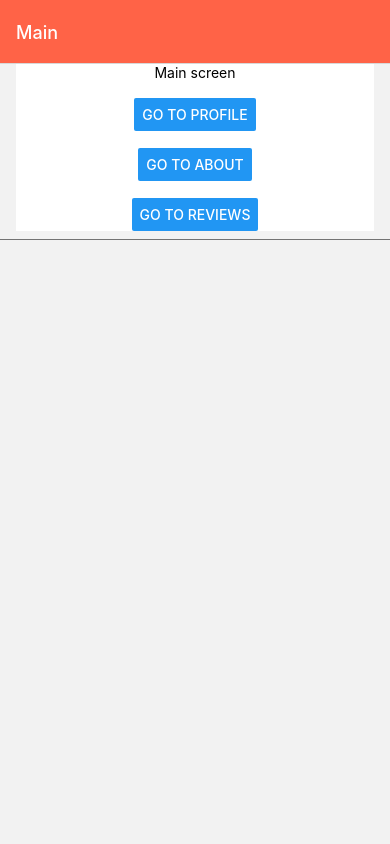
Repository: LingyuLiu11/mobile_app
Screen: /
The author's editor kept a copy of each file at every save. The screen is drawn from the files as they stood at one save, then again after the next save.
The app was drawn by React Native's web renderer in a window 390 px wide. The project was rebuilt for these pictures with package versions that can differ from the ones it lists, and the page was loaded fresh each time. Also part of the build but not shown: components/Reviews.js, components/Builds.js.

Above is the screen before, as saved 2021-10-25 01:51:36.

### App.js
import * as React from 'react';
import { Image, TextInput, FlatList, StyleSheet, View, Button, Text, Animated } from 'react-native';
import { NavigationContainer } from '@react-navigation/native';

import { createStackNavigator } from '@react-navigation/stack';
import Reviews from './components/Reviews'
import AsyncStorage from '@react-native-async-storage/async-storage';
import Builds from './components/Builds'

const Separator = () => (
  <View style={styles.separator} />
);



function Main({ navigation }) {


  return (


    <div>
      <View style={styles.container}>
        <Text>Main screen</Text>
        <Separator />
        <Button
          margintop = '10'
          title="Go to Profile"
          onPress={() => navigation.navigate('Profile')}
        />
        <Separator />

      </View>
      <View style = {styles.container}>
        <Button
          margintop = '10'
          title="Go to About"
          onPress={() => navigation.navigate('About')}
        />
        <Separator />
      </View>
      <View style = {styles.container}>
        <Button
          margintop = '10'
          title="Go to Reviews"
          onPress={() => navigation.navigate('Review')}
        />
      </View>
       <Separator />

    </div>
  );
}

function Profile({ navigation }) {

  const [text, setText] = React.useState("Your name");
  return (
    <div>
      <View style={{ flex: 1, justifyContent: 'center', alignItems: 'center' }}>
        <Text>Profile screen</Text>
        <Separator />
        <Button title="Go back" onPress={() => navigation.goBack()} />
      </View>


      <View style={{ flex: 1, justifyContent: 'center', alignItems: 'center' }}>
        <TextInput
          style={styles.input}
          placeholder="Your name"
          value={text}
          onChangeText={text => setText(text)}
        />
        <Text style={{padding: 10, fontSize: 42}}>
        Hello {text.split(' ').map((word) => word ).join(' ')}
        </Text>
      </View>

      <View style={{ flex: 1, justifyContent: 'center', alignItems: 'center', flexDirection: "row" }}>
        <View style={{ flex: 1, justifyContent: 'center', alignItems: 'center' }}>
          <Image
            style={{
              resizeMode: "cover",
              height: 100,
              width: 200
            }}
            source={"https://upload.wikimedia.org/wikipedia/en/2/27/Total_War_Warhammer_3_cover_art.jpg"}
          />
          <Text>Totalwar Warhammer 3!</Text>
          </View>
        <Separator />
        <View style={{ flex: 1, justifyContent: 'center', alignItems: 'center' }}>
          <Image
            style={{
              resizeMode: "cover",
              height: 100,
              width: 200
            }}
            source={"https://www.nme.com/wp-content/uploads/2021/09/Total-Warhammer-3-Grand-Cathay-Dragon.jpg"}
          />
        <Text>Grand Cathay</Text>
        </View>
        <View style={{ flex: 1, justifyContent: 'center', alignItems: 'center' }}>

        <Image
          style={{
            resizeMode: "cover",
            height: 100,
            width: 200
          }}
          source={"https://encrypted-tbn0.gstatic.com/images?q=tbn:ANd9GcSM9n6tQzcRE8CXMXP5GXIIgYIF3wXVMZy4JA&usqp=CAU"}
        />
        <Text>Kislev</Text>
        </View>

      </View>


    </div>
  );
}

function About({ navigation }) {
  return (
    <div>
      <View style={{ flex: 1, justifyContent: 'center', alignItems: 'center' }}>
        <Text>About screen</Text>
        <Separator />
        <FlatList
          data={[
            {key: 'Lingyu Liu'},
            {key: 'CS 153A'},
            {key: 'Assignment2'},

          ]}
          renderItem={({item}) => <Text style={styles.item}>{item.key}</Text>}
        />

      </View>

      <View style = {styles.container}>
          <Button title="Go back" onPress={() => navigation.goBack()} />
      </View>
    </div>
  );
}

function Review({ navigation }) {
  return (
    <div>
      <View style = {styles.container}>
          <Button title="Go back" onPress={() => navigation.goBack()} />
      </View>
      <Reviews />
    </div>

  );
}



const forFade = ({ current, next }) => {
  const opacity = Animated.add(
    current.progress,
    next ? next.progress : 0
  ).interpolate({
    inputRange: [0, 1, 2],
    outputRange: [0, 1, 0],
  });

  return {
    leftButtonStyle: { opacity },
    rightButtonStyle: { opacity },
    titleStyle: { opacity },
    backgroundStyle: { opacity },
  };
};

const Stack = createStackNavigator();

function MyStack() {
  return (
    <Stack.Navigator>
      <Stack.Screen
        name="Main"
        component={Main}
        options={{
          headerTintColor: 'white',
          headerStyle: { backgroundColor: 'tomato' },
        }}
      />
      <Stack.Screen
        name="Profile"
        component={Profile}
        options={{ headerStyleInterpolator: forFade }}
      />
      <Stack.Screen
        name="About"
        component={About}
        options={{ headerStyleInterpolator: forFade }}
      />
      <Stack.Screen
        name="Review"
        component={Review}
        options={{ headerStyleInterpolator: forFade }}
      />



    </Stack.Navigator>
  );
}



export default function App() {
  return (
    <NavigationContainer>
      <MyStack />
    </NavigationContainer>
  );
}

const styles = StyleSheet.create({
  container: {
    flex: 1,
    justifyContent: 'center',
    alignItems: 'center',
    backgroundColor: '#fff',
    alignItems: 'center',
    justifyContent: 'center',
    marginHorizontal: 16,
  },
  separator: {
    marginVertical: 8,
    borderBottomColor: '#737373',
    borderBottomWidth: StyleSheet.hairlineWidth,
  },
  item: {
    padding: 10,
    fontSize: 18,
    height: 44,
  },
  input: {
    height: 40,
    margin: 12,
    borderWidth: 1,
    padding: 10,
  },
});

After the next save:
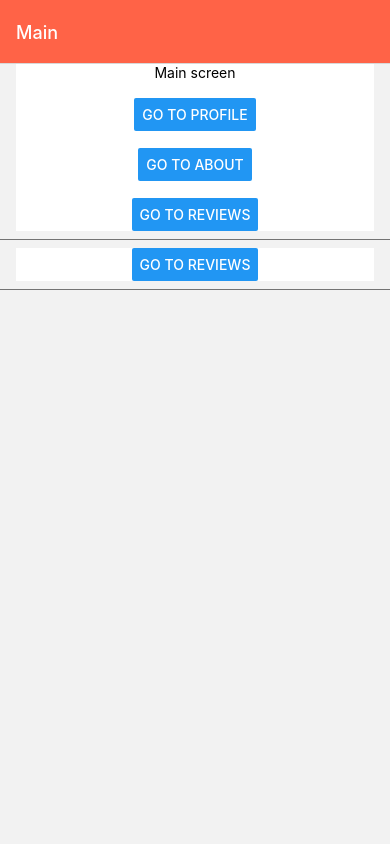
Saved 10 s later.
--- a/App.js
+++ b/App.js
@@ -40,6 +40,15 @@ function Main({ navigation }) {
         <Separator />
       </View>
       <View style = {styles.container}>
+        <Button
+          margintop = '10'
+          title="Go to Reviews"
+          onPress={() => navigation.navigate('Review')}
+        />
+      </View>
+       <Separator />
+
+       <View style = {styles.container}>
         <Button
           margintop = '10'
           title="Go to Reviews"
